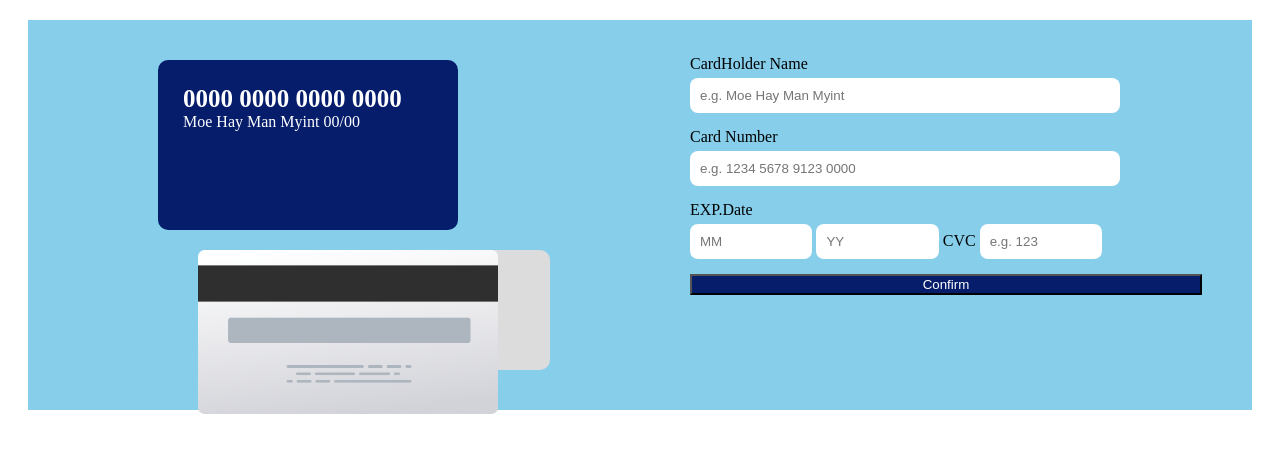
Repository: moehaymanmyint/Interactive-Card-Details-Form
Page: index.html
These files come from the project's save history. The page is drawn as it stood at one moment and after the next save; the edit follows.
The browser window is 1280 px wide. The pictures show the whole page.

Above is the page before, as saved 2024-10-16 21:50:56.

After the next save:
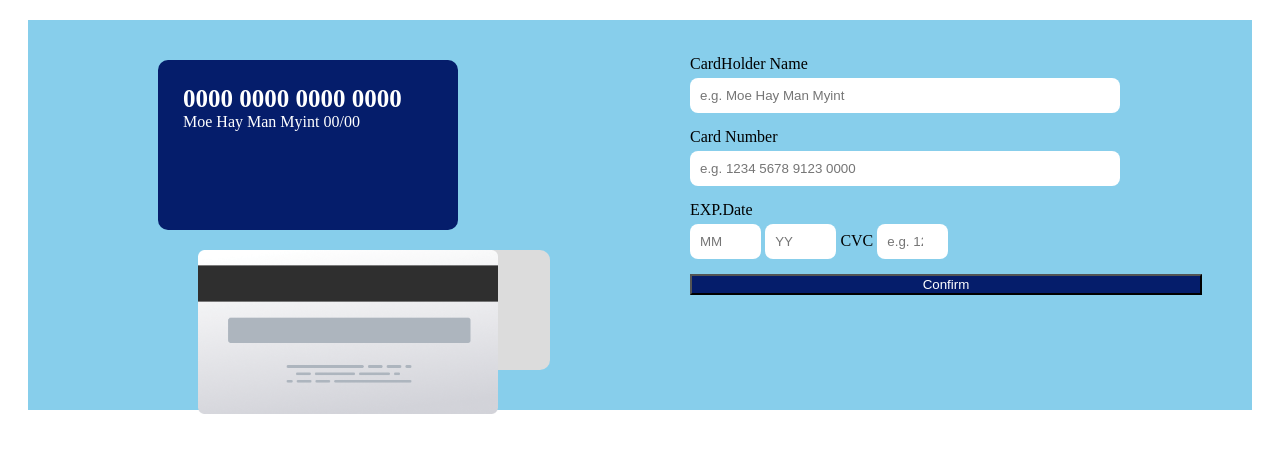
Saved 31 s later.
--- a/style.css
+++ b/style.css
@@ -60,5 +60,13 @@
     border: none;
     padding: 10px;
     border-radius: 8px;
+    width: 10%;
+}
+
+.card-cvc{
+    margin-top: 5px;
+    border: none;
+    padding: 10px;
+    border-radius: 8px;
     width: 20%;
 }
